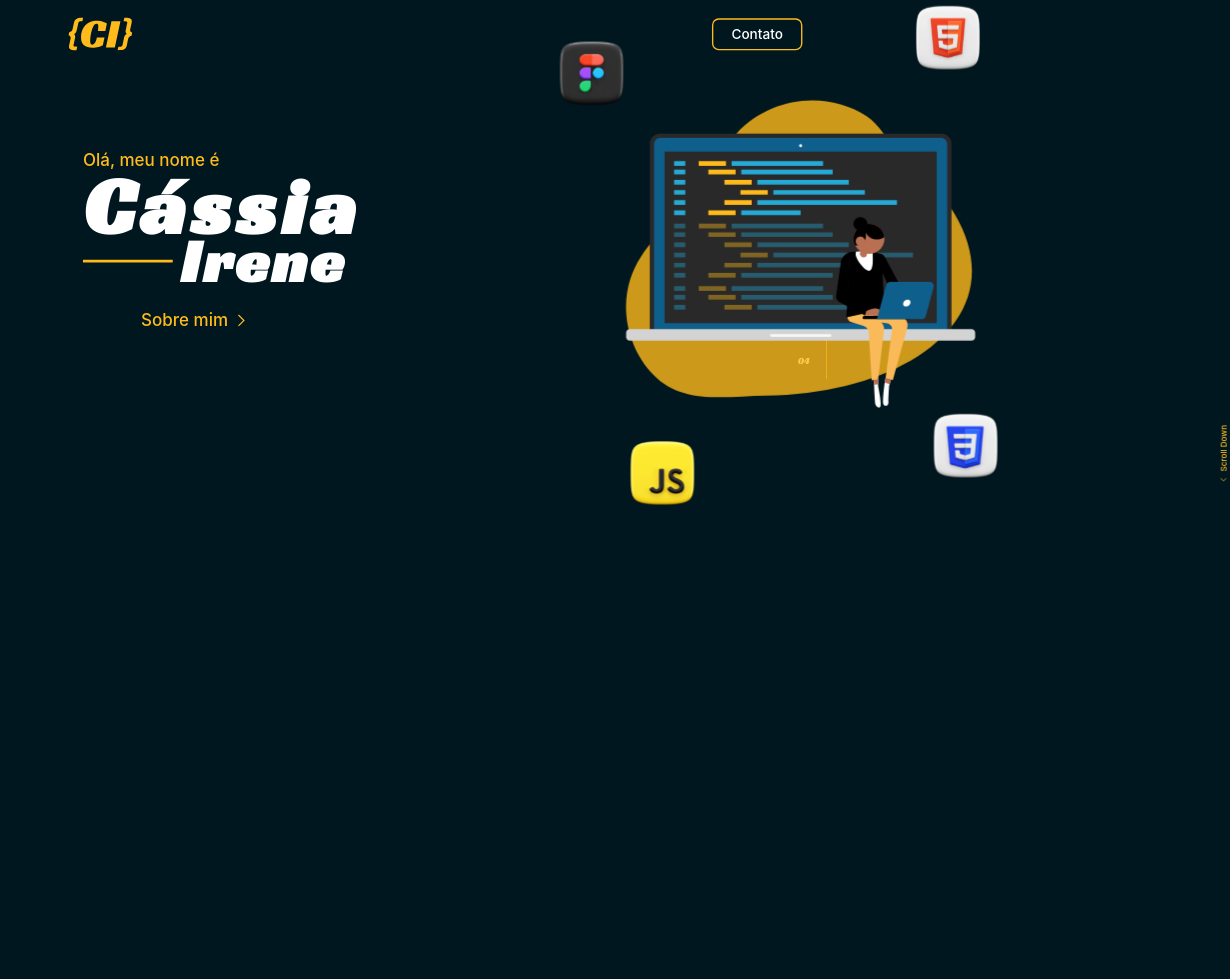
Repository: Cassia-Irene/My-Portfolio
Page: /
These files come from the project's save history. The page is drawn as it stood at one moment and after the next save; the edit follows.
The browser window is 1280 px wide. The page is 1809 px wide, so the pictures cover 1809 px, including what lies to the right of the window. The pictures show the whole page, at 68% of full size.
The project was rebuilt for these pictures with package versions that can differ from the ones it lists, and the page was loaded fresh each time. Also part of the build but not shown: vite.config.ts.

Above is the page before, as saved 2025-08-03 21:55:04.

After the next save:
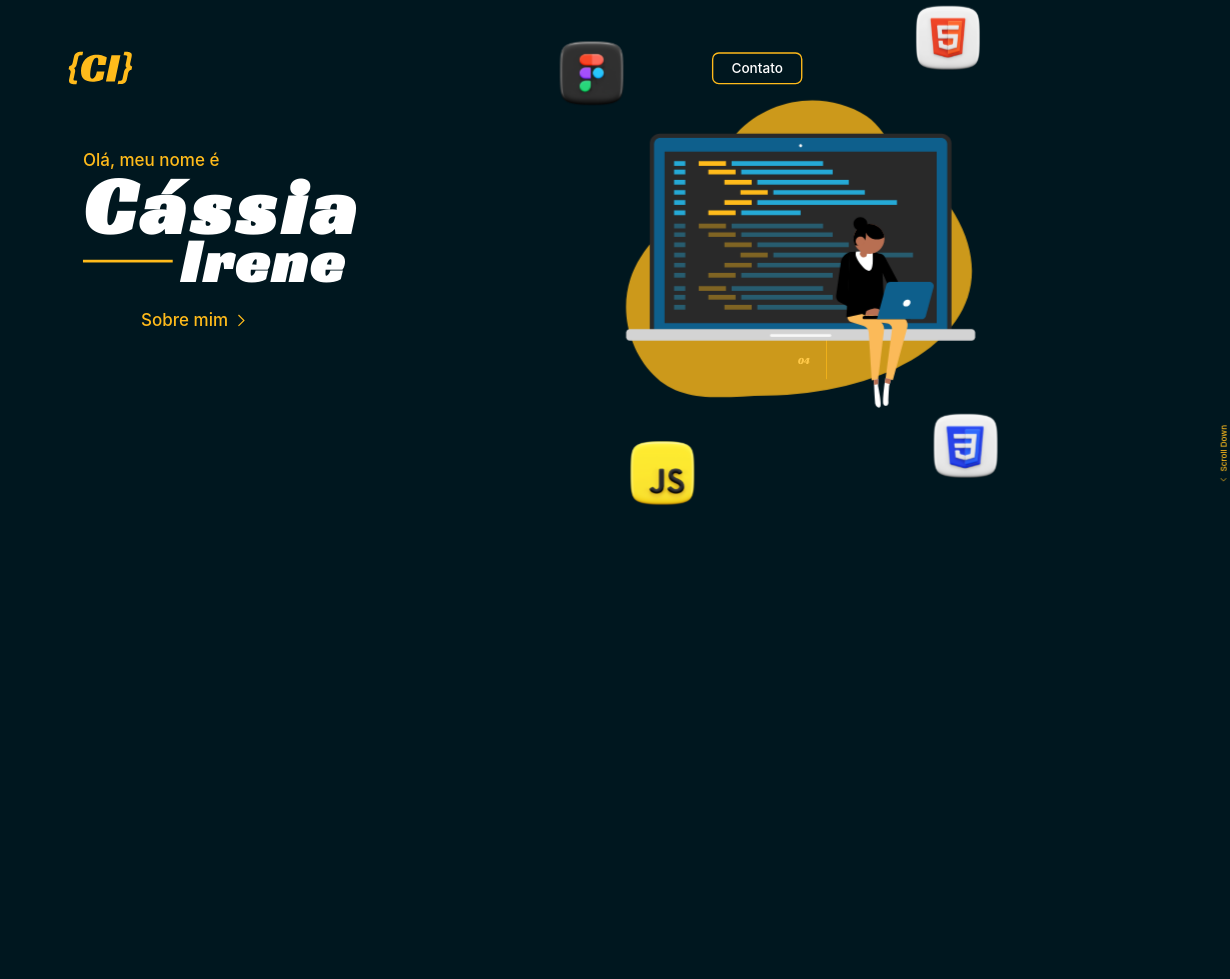
Saved 2 s later.
--- a/src/Header.tsx
+++ b/src/Header.tsx
@@ -7,7 +7,7 @@ const HeaderContainer = styled.header<{ isScrolled: boolean }>`
     display: flex;
     justify-content: space-between;
     align-items: center;
-    padding: 10px 100px;
+    padding: 100px 100px;
     z-index: 1000;
     height: 100px;
     background-color: ${({ isScrolled }) => (isScrolled ? "#00171F" : "transparent")};
